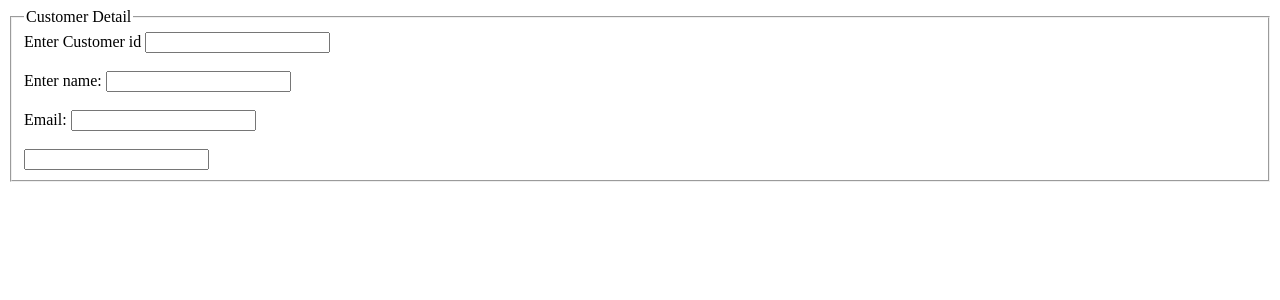
Repository: viram703/SpringBoot
Page: http://localhost/BootJpa/home.jsp
These files come from the project's save history. The page is drawn as it stood at one moment and after the next save; the edit follows.
The browser window is 1280 px wide. The pictures show the whole page.
The page is served by Tomcat 9. Other server files are loaded and not shown.

Above is the page before, as saved 2020-02-21 09:42:16.

### Boot/BootJpa/src/main/webapp/home.jsp
<%@ page language="java" contentType="text/html; charset=ISO-8859-1"
    pageEncoding="ISO-8859-1"%>
<!DOCTYPE html>
<html>
<head>
<meta charset="ISO-8859-1">
<title>Insert title here</title>
</head>
<body>
<fieldset>
<legend>Customer Detail</legend>
<form action="addCustomer">

						<label>Enter Customer id</label>
						<input type="text" name="id" /> <br></br>

						<label>Enter name:</label>
						<input type="text" name="name" /> <br></br>

						<label>Email:</label>
						<input type="email" name="email" /><br></br>
						<input type="sumbit" name="sumbit">
</form>
</fieldset>

</body>
</html>

After the next save:
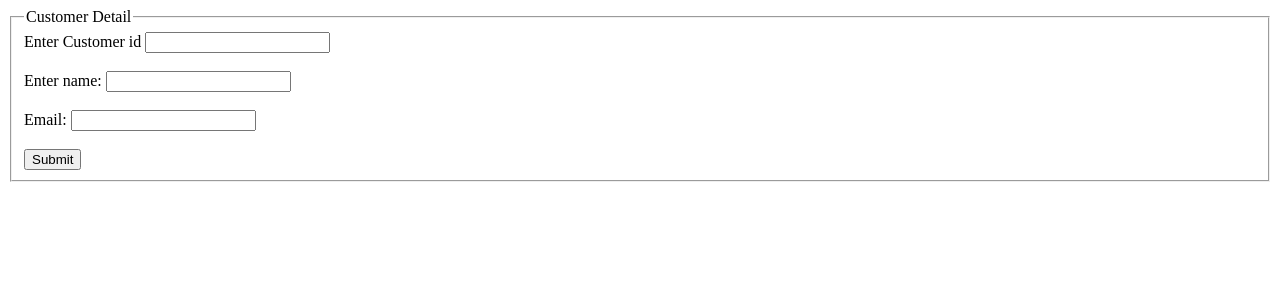
Saved 50 s later.
--- a/Boot/BootJpa/src/main/webapp/home.jsp
+++ b/Boot/BootJpa/src/main/webapp/home.jsp
@@ -19,7 +19,7 @@
 
 						<label>Email:</label>
 						<input type="email" name="email" /><br></br>
-						<input type="sumbit" name="sumbit">
+						<input type="submit" name="sumbit">
 </form>
 </fieldset>
 
